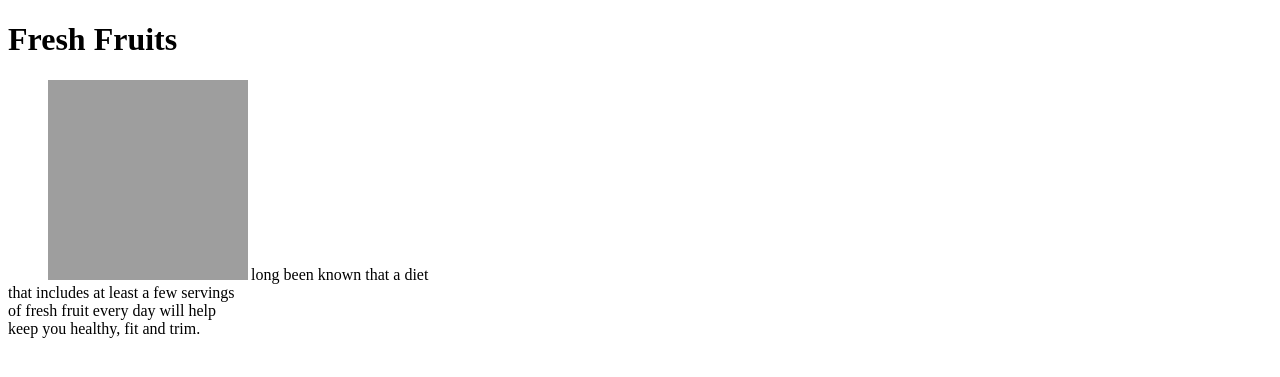
Repository: Helianthusss/Learn-CPP
Page: HTML/lap2/bai1.html
The author's editor kept a copy of each file at every save. The page is drawn from the files as they stood at one save, then again after the next save.
The browser window is 1280 px wide. The pictures show the whole page.
Pictures or frames that could not be fetched are drawn as grey boxes.

Above is the page before, as saved 2021-09-22 10:20:30.

### HTML/lap2/bai1.html
<!DOCTYPE html>
<html lang="en">
  <head>
    <meta charset="UTF-8" />
    <meta http-equiv="X-UA-Compatible" content="IE=edge" />
    <meta name="viewport" content="width=device-width, initial-scale=1.0" />
    <title>FreshFruits</title>
    <style>
      .img {
        position: relative;

        right: -40px;
      }
      .h1 {
        left: 300px;
      }
    </style>
  </head>
  <body>
    <h1 class="h1">Fresh Fruits</h1>
    <p>
      <img
        class="img"
        src="https://img.lovepik.com/element/40111/3411.png_860.png"
        alt="Fruits"
        width="200"
        height="200"
      />
      It has long been known that a diet<br />
      that includes at least a few servings<br />
      of fresh fruit every day will help<br />
      keep you healthy, fit and trim.
    </p>
  </body>
</html>

After the next save:
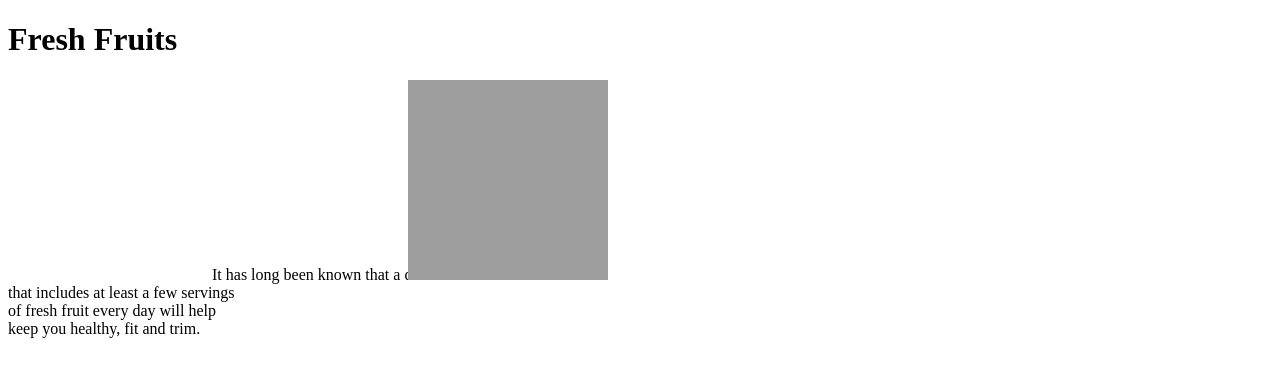
Saved 4 s later.
--- a/HTML/lap2/bai1.html
+++ b/HTML/lap2/bai1.html
@@ -9,7 +9,7 @@
       .img {
         position: relative;
 
-        right: -40px;
+        right: -400px;
       }
       .h1 {
         left: 300px;
